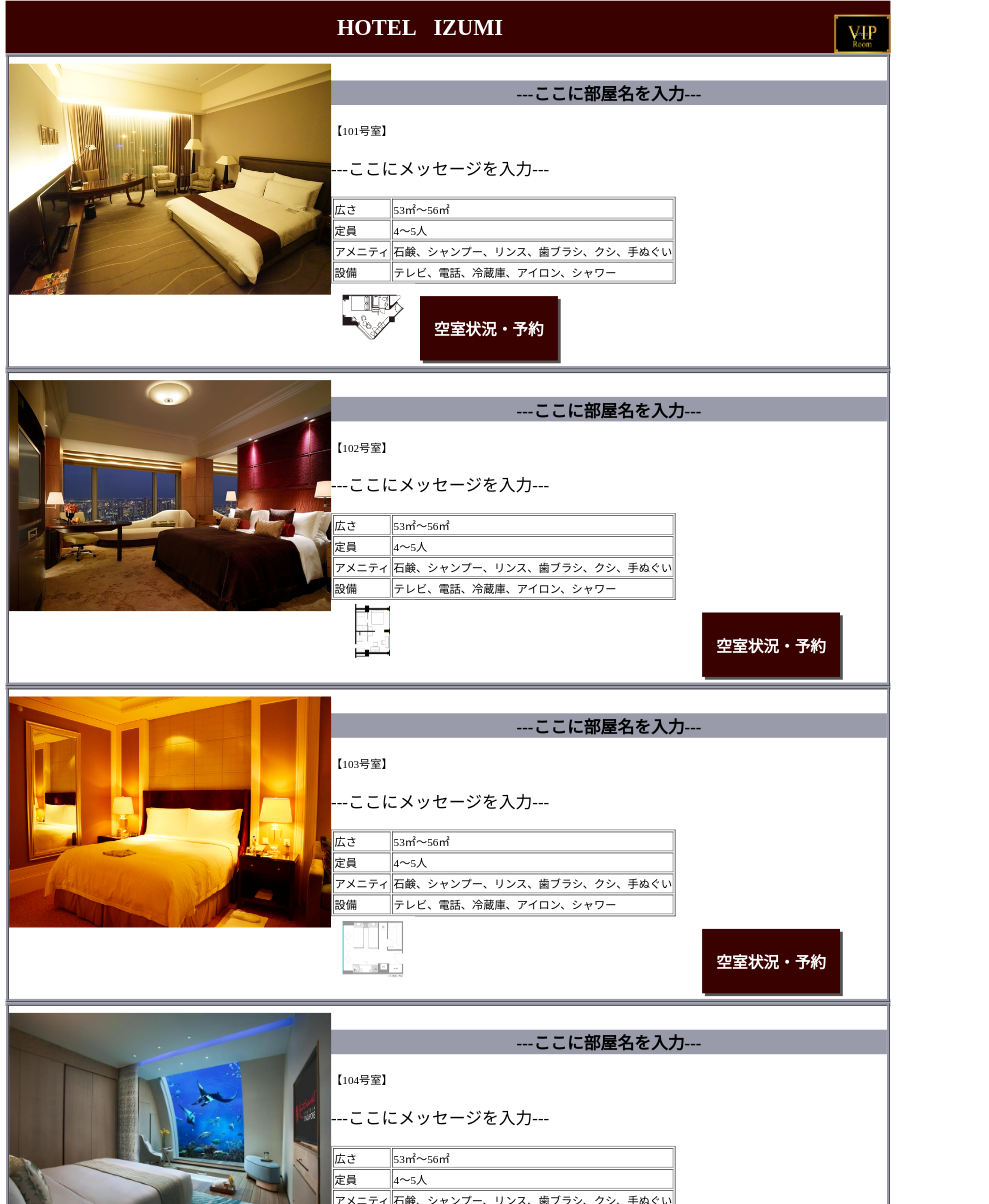
Repository: sep-dev/hotel_site
Page: http://localhost/HOTEL_IZUMI/vip
An editor plug-in stored every save of this project. The page is shown before and after the next save, followed by the edit.
The browser window is 1280 px wide. The page is 1413 px wide, so the pictures cover 1413 px, including what lies to the right of the window. The pictures show the part of the page from y = 0 to 1720 px (the page is 2458 px tall), at 70% of full size.
The page is served by Tomcat 9.

Above is the page before, as saved 2016-05-26 00:37:28.

After the next save:
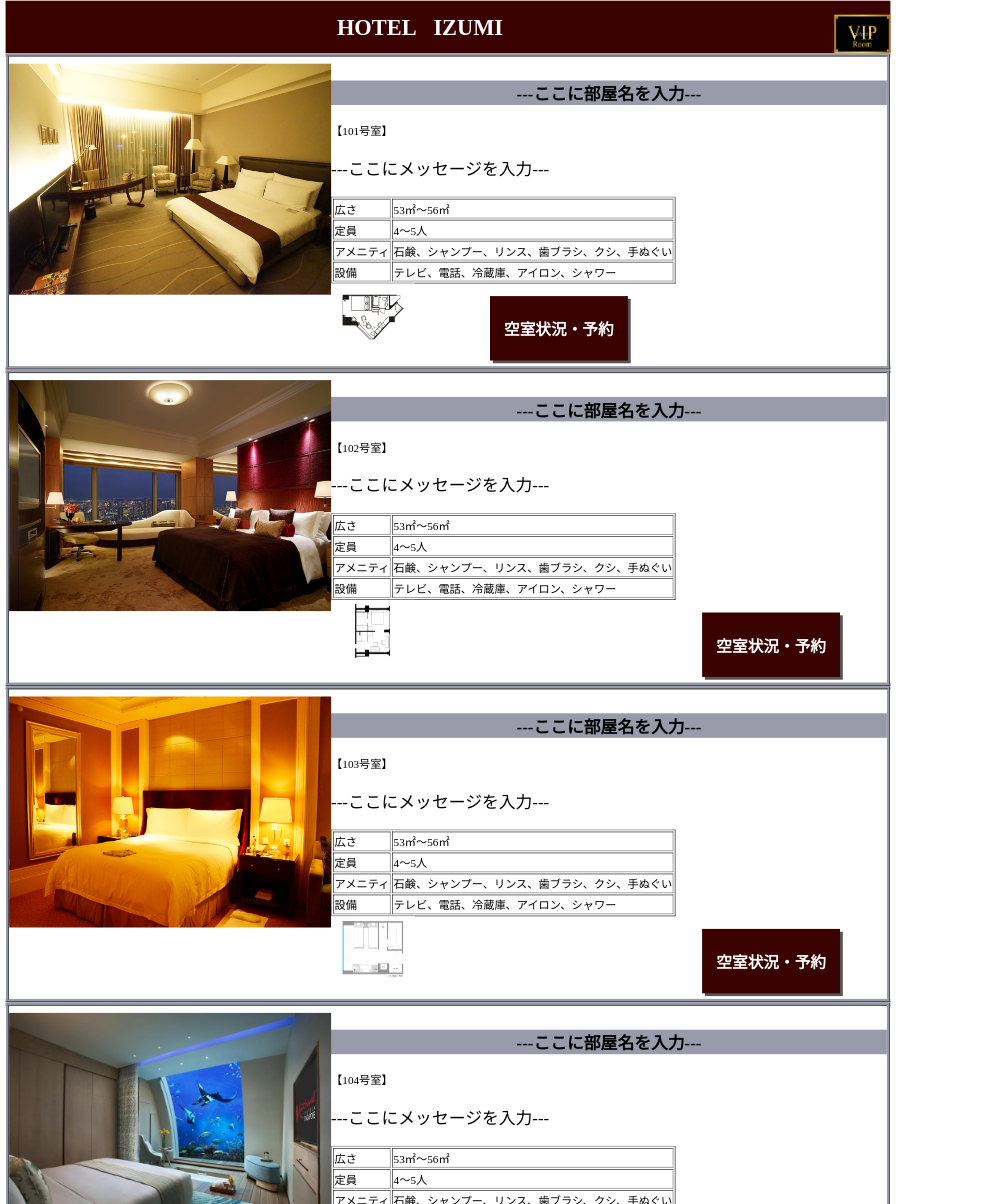
Saved 15 s later.
--- a/HOTEL_IZUMI/src/main/webapp/WEB-INF/views/vip.jsp
+++ b/HOTEL_IZUMI/src/main/webapp/WEB-INF/views/vip.jsp
@@ -46,7 +46,7 @@
 </table>
 <img id="img" src="./resources/image/vip1_1.jpg" width="120px" height="90px" align="left">
 <br>
-<button class="button2" type="submit" style="position: absolute; left: 600px;">空室状況・予約</button>
+<button class="button2" type="submit" style="position: absolute; left: 700px;">空室状況・予約</button>
 <br clear="all">
 <br>
 </div>
